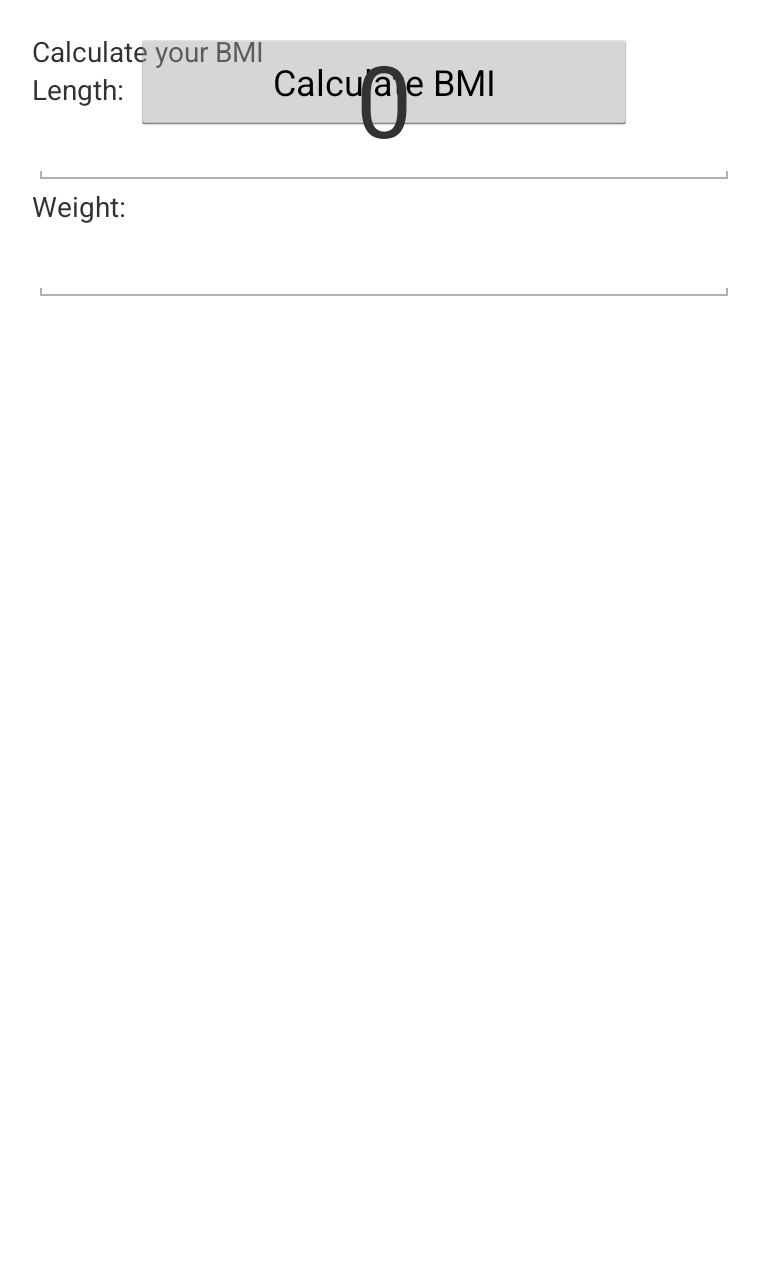
Repository: me222rs/AndroidLab1
Layout: BMI/res/layout/activity_bmi.xml
An editor plug-in stored every save of this project. The layout is shown before and after the next save, followed by the edit.
It is drawn on a 768 x 1280 px phone screen (xhdpi) without system bars, with theme AppTheme; the app's code is not run.

Above is the layout before, as saved 2014-11-17 13:10:54.

### BMI/res/layout/activity_bmi.xml
<RelativeLayout xmlns:android="http://schemas.android.com/apk/res/android"
    xmlns:tools="http://schemas.android.com/tools"
    android:layout_width="match_parent"
    android:layout_height="match_parent"
    android:paddingBottom="@dimen/activity_vertical_margin"
    android:paddingLeft="@dimen/activity_horizontal_margin"
    android:paddingRight="@dimen/activity_horizontal_margin"
    android:paddingTop="@dimen/activity_vertical_margin"
    tools:context="com.example.bmi.MainActivity" >

    <TextView
        android:id="@+id/header"
        android:layout_width="wrap_content"
        android:layout_height="wrap_content"
        android:text="Calculate your BMI" />

        <TextView
        android:layout_below="@id/header"
        android:id="@+id/lengthLabel"
        android:layout_width="wrap_content"
        android:layout_height="wrap_content"
        android:text="Length:"
        android:labelFor="@+id/length"/>



        <EditText android:id="@+id/length"
        android:layout_below="@id/lengthLabel"
        android:inputType="number"
		android:layout_width="match_parent"
		android:layout_height="wrap_content" />


        <TextView
        android:layout_below="@id/length"
        android:id="@+id/weightLabel"
        android:layout_width="wrap_content"
        android:layout_height="wrap_content"
        android:text="Weight:"
        android:labelFor="@+id/weight"/>

        <EditText android:id="@+id/weight"
        android:layout_below="@id/weightLabel"
        android:inputType="number"
		android:layout_width="match_parent"
		android:layout_height="wrap_content"/>


        <Button android:id="@+id/calculateButton"
        android:layout_centerHorizontal="true"
    	android:layout_height="50dp"
     	android:layout_width="250dp"
        android:layout_gravity="center"
        android:text="Calculate BMI" />


            <TextView android:id="@+id/result"
        android:layout_width="match_parent"
        android:layout_height="wrap_content"
        android:gravity="center"
        android:textSize="50sp"
        android:text="0" />

</RelativeLayout>

Loaded but not shown: BMI/res/values/styles.xml (common file); BMI/res/values-v11/styles.xml (common file); BMI/res/values-v14/styles.xml (common file); BMI/res/values/dimens.xml (common file); BMI/res/values-w820dp/dimens.xml (common file)

After the next save:
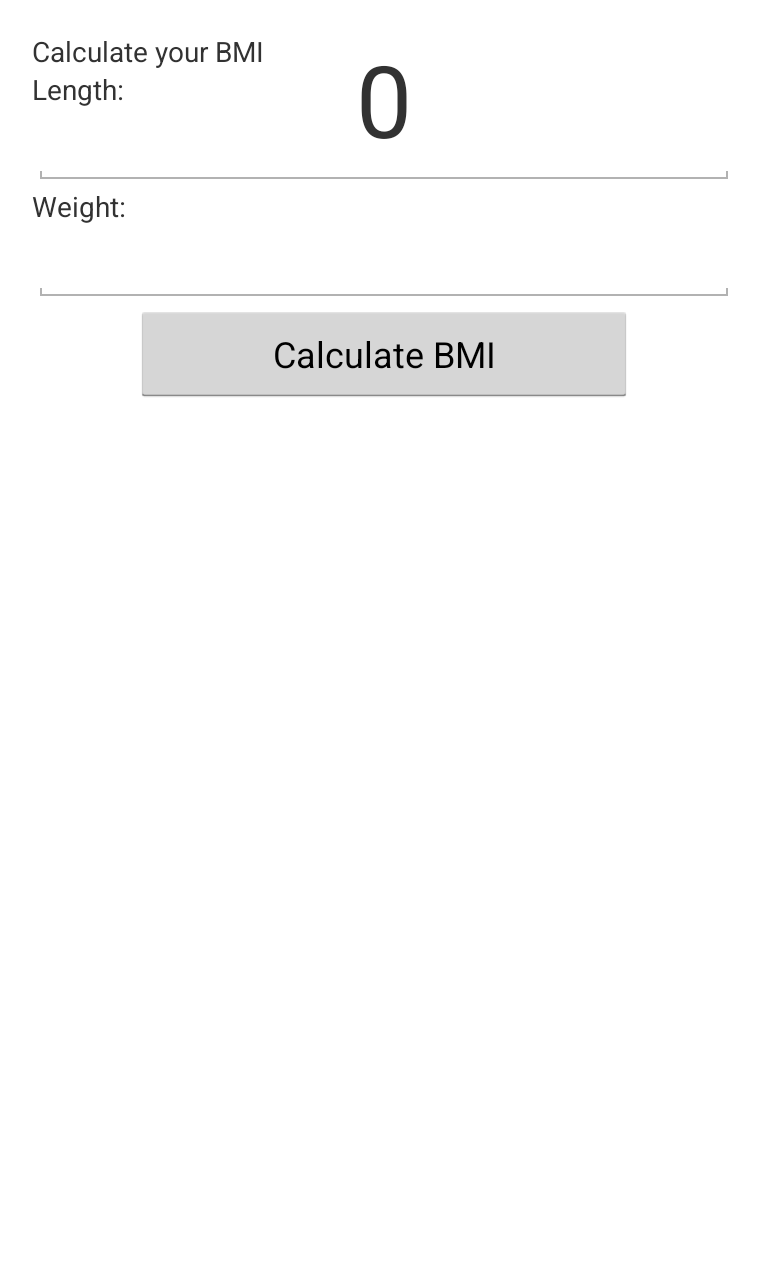
Saved 24 s later.
--- a/BMI/res/layout/activity_bmi.xml
+++ b/BMI/res/layout/activity_bmi.xml
@@ -47,6 +47,7 @@
 
 
         <Button android:id="@+id/calculateButton"
+        android:layout_below="@id/weight"
         android:layout_centerHorizontal="true"
     	android:layout_height="50dp"
      	android:layout_width="250dp"
